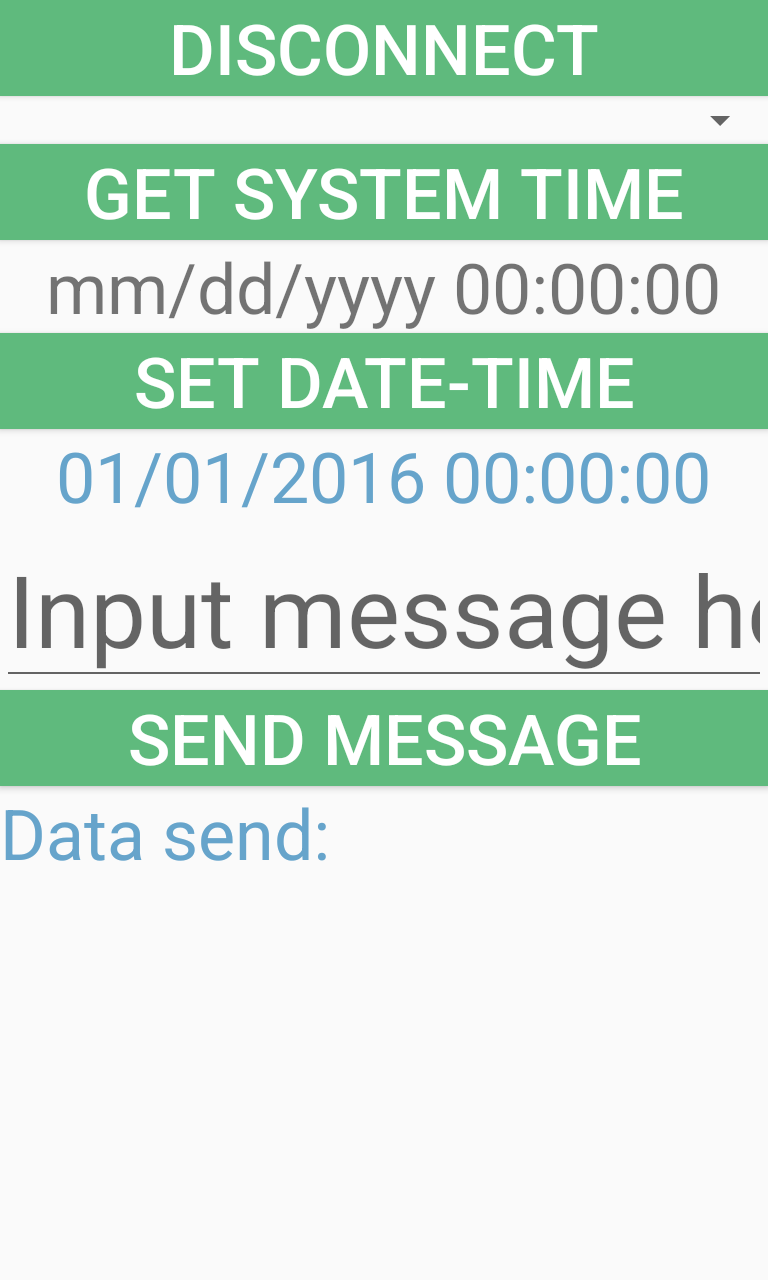
Repository: FisherKei/EclipseWorkspace
Layout: PIC_HC05_DS1307/PIC_HC06_DS1307/res/layout/timer_ds1307.xml
An editor plug-in stored every save of this project. The layout is shown before and after the next save, followed by the edit.
It is drawn on a 768 x 1280 px phone screen (xhdpi) without system bars, with theme AppTheme; the app's code is not run.

Above is the layout before, as saved 2016-06-27 13:01:55.

After the next save:
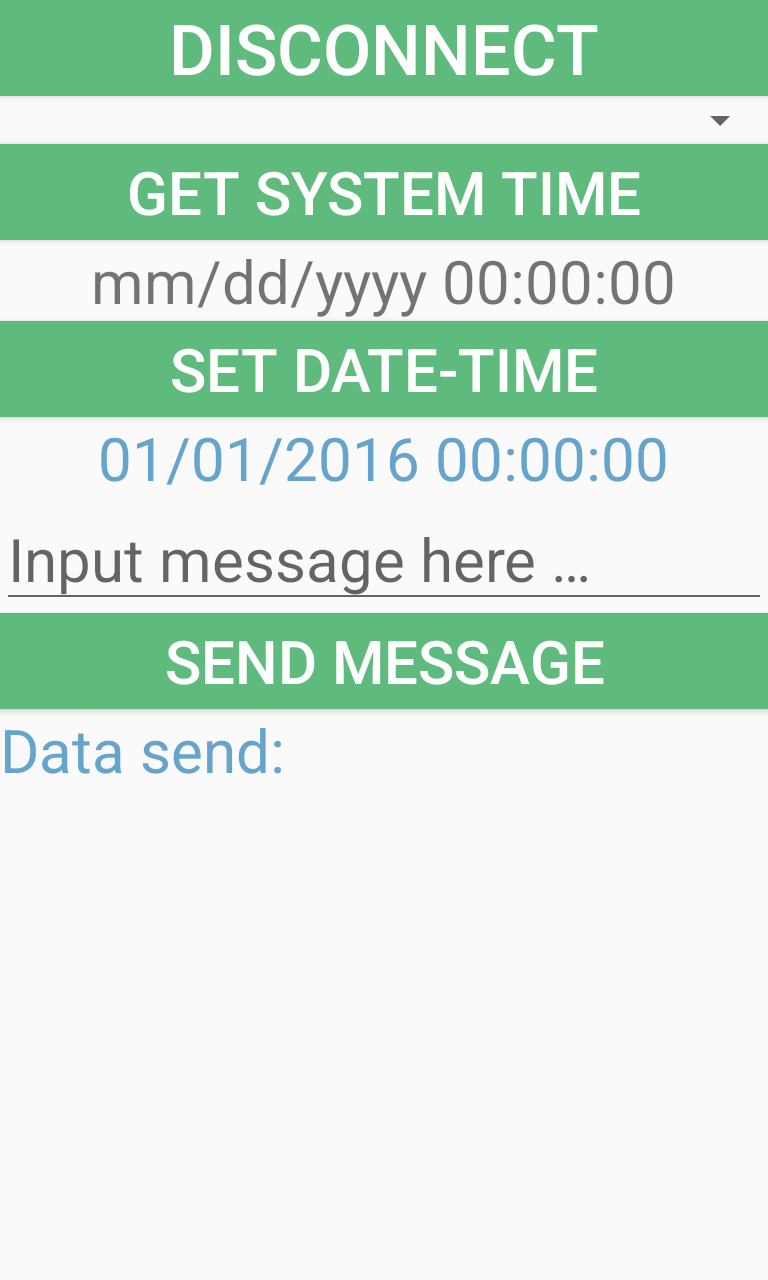
Saved 58 s later.
--- a/PIC_HC05_DS1307/PIC_HC06_DS1307/res/layout/timer_ds1307.xml
+++ b/PIC_HC05_DS1307/PIC_HC06_DS1307/res/layout/timer_ds1307.xml
@@ -25,7 +25,7 @@
         android:layout_height="wrap_content"
         android:background="#5FBA7D"
         android:textColor="#ffffff"
-        android:textSize="35sp"
+        android:textSize="30sp"
         android:text="@string/strBtnGetSysTime"/>
 
 
@@ -35,7 +35,7 @@
         android:layout_height="wrap_content"
         android:layout_gravity="center_horizontal"
         android:text="@string/strTimerVal"
-        android:textSize="35sp" />
+        android:textSize="30sp" />
 
     <Button
         android:id="@+id/btnSetDateTime"
@@ -43,7 +43,7 @@
         android:layout_height="wrap_content"
         android:background="#5FBA7D"
         android:textColor="#ffffff"
-        android:textSize="35sp"
+        android:textSize="30sp"
         android:text="@string/strBtnSetDateTime"/>
 
     <TextView
@@ -53,14 +53,14 @@
         android:textColor="#66A4CB"
         android:layout_gravity="center_horizontal"
         android:text="@string/strInitialDateTime"
-        android:textSize="35sp" />
+        android:textSize="30sp" />
 
     <EditText
         android:id="@+id/editMessage"
         android:layout_width="match_parent"
         android:layout_height="wrap_content"
         android:singleLine="true"
-        android:textSize="50sp"
+        android:textSize="30sp"
         android:hint="@string/strSendMessage"/>
 
     <Button
@@ -69,7 +69,7 @@
         android:layout_height="wrap_content"
         android:background="#5FBA7D"
         android:textColor="#ffffff"
-        android:textSize="35sp"
+        android:textSize="30sp"
         android:text="@string/strBtnSend"/>
 
     <TextView
@@ -77,7 +77,7 @@
         android:layout_height="wrap_content"
         android:textColor="#66A4CB"
         android:text="@string/strTxtvShowSendData"
-        android:textSize="35sp" />
+        android:textSize="30sp" />
 
     <ScrollView
         android:layout_width="match_parent"
@@ -87,7 +87,7 @@
             android:id="@+id/txtvMessages"
             android:layout_width="match_parent"
             android:layout_height="wrap_content"
-            android:textSize="35sp"
+            android:textSize="30sp"
             android:textColor="#66A4CB"
             android:text=""/>
     </ScrollView>
